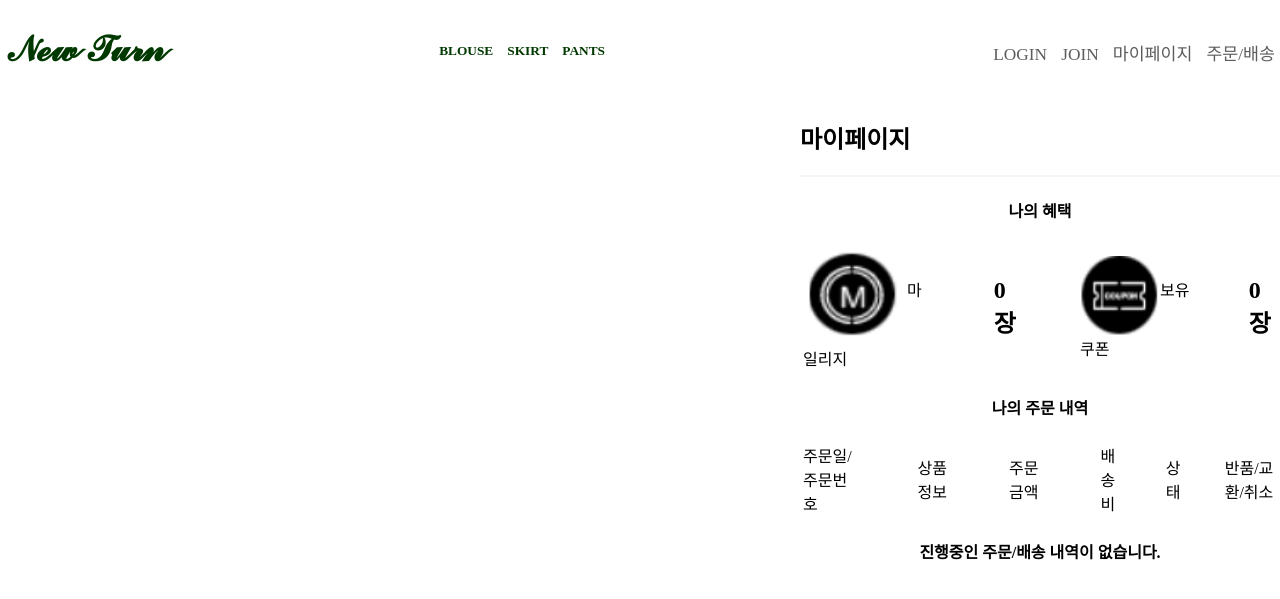
Repository: won0108/Port-Folio
Page: Creating_Homepage/Shopping/WebContent/마이페이지.html
An editor plug-in stored every save of this project. The page is shown before and after the next save, followed by the edit.
The browser window is 1280 px wide. The pictures show the whole page.

Above is the page before, as saved 2020-12-03 08:24:52.

### Creating_Homepage/Shopping/WebContent/마이페이지.html
<!DOCTYPE html>
<html>
<head>  <!--웹페이지에 대한 정보를 제공한다.-->
<title> New Turn </title>   <!--탭에 New Turn을 나타낸다.-->
<style>
 @font-face{
 		font-family:"My Font";
 		src: url("fontstyle/ENCOSCPT.TTF");
 	}
 	h1{
   	color:#003900;
   	position:fixed;
   	top: 0px;
   	left:10px;
   	font-family:"My Font", serif;
   	font-size: 30pt;
   }
   #infor{
   position:fixed;
   top:40px; right:0px;
   }
   #infor a{
   text-decoration:none;
   color:#5D5D5D;
   font-size:13pt;
   display: inline;
   padding :5px;
   }
   #infor a:hover{
   tex-decoration:underline;
   color: black;
   text-weight:bold;
   }
   #categ{
   position:fixed;
   top:25px; right:670px;
   }
   #categ ul li{
   display: inline;
   }
   #categ ul li a{
   text-decoration:none;
   color:#003900;
   font-size:10pt;
   font-weight:bold;
   text-transform:uppercase;
   padding :5px;
   }
   #categ ul li a:hover{
   tex-decoration:underline; color: black;
   }
</style>
</head>
<body>
 <form>
 <h1> New Turn </h1>
 <div id="infor">
  <a href="로그인.html">LOGIN</a> <!--다른 페이지로 이동한다.-->
  <a href="회원가입 창.html">JOIN</a>
  <a href="마이페이지.html">마이페이지</a>
  <a href="">주문/배송</a></div>
 <div id="categ">
		<ul>
			<li><a href="top.html">BLOUSE</a></li>
			<li><a href="skirt.html">SKIRT</a></li>
			<li><a href="pants.html">PANTS</a></li>
		</ul>
	</div>
<div style="position: absolute; top: 100px; left: 800px;">
	<h2>마이페이지</h2>
	<hr color="#F6F6F6">
	<h4 align="center">나의 혜택</h4>
	<table align="center">
	<tr><td><img src="마일.png" width="100" height="100" align="middle">
	마일리지</td><td><img src="공백.png" width="50" height="50"></td>
	<td><h2>0장</h2></td><td><img src="공백.png" width="50" height="50"></td>
	<td><img src="보유쿠폰.png" width="80" height="80" align="middle">보유쿠폰</td>
	<td><img src="공백.png" width="50" height="50"></td>
	<td><h2>0장</h2></td>
	</tr></table>
	<h4 align="center">나의 주문 내역</h4>
	<table align="center">
	<tr><td> 주문일/주문번호</td>
	<td><img src="공백.png" width="50" height="50"></td>
	<td>상품정보</td>
	<td><img src="공백.png" width="50" height="50"></td><td>주문금액</td>
	<td><img src="공백.png" width="50" height="50"></td><td>배송비</td>
	<td><img src="공백.png" width="30" height="50"></td><td>상태</td>
	<td><img src="공백.png" width="30" height="50"></td><td>반품/교환/취소</td></tr></table>
	<h4 align="center">진행중인 주문/배송 내역이 없습니다.</h4>
</div>


</html>

After the next save:
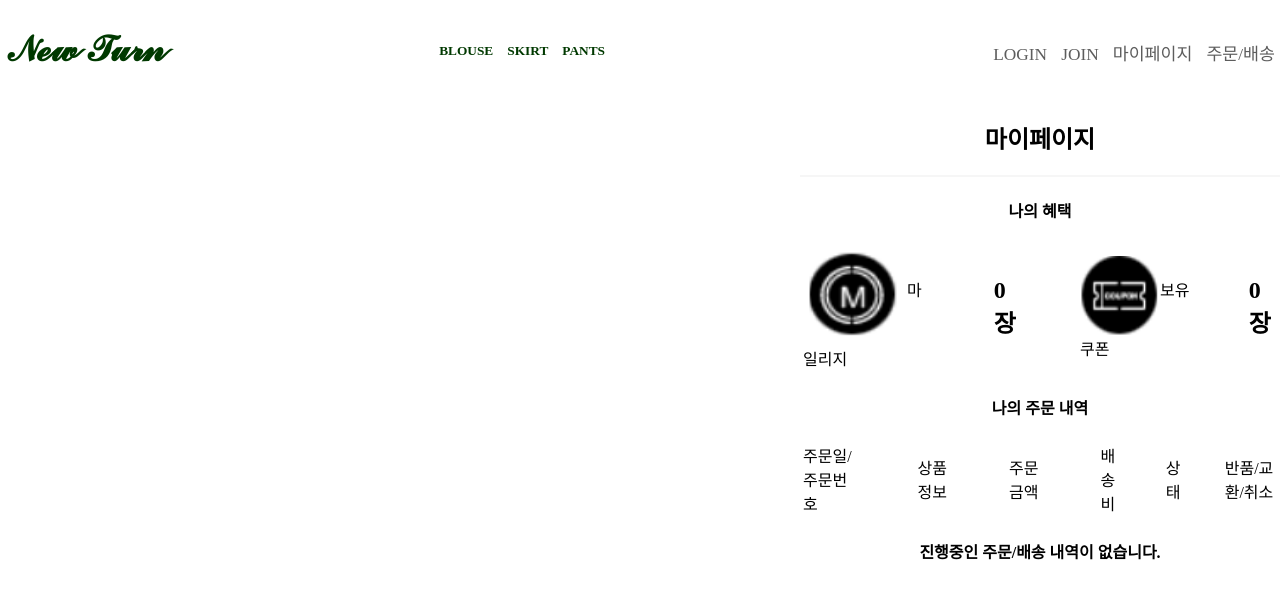
Saved 27 s later.
--- a/Creating_Homepage/Shopping/WebContent/마이페이지.html
+++ b/Creating_Homepage/Shopping/WebContent/마이페이지.html
@@ -67,7 +67,7 @@
 		</ul>
 	</div>
 <div style="position: absolute; top: 100px; left: 800px;">
-	<h2>마이페이지</h2>
+	<h2 align="center">마이페이지</h2>
 	<hr color="#F6F6F6">
 	<h4 align="center">나의 혜택</h4>
 	<table align="center">
